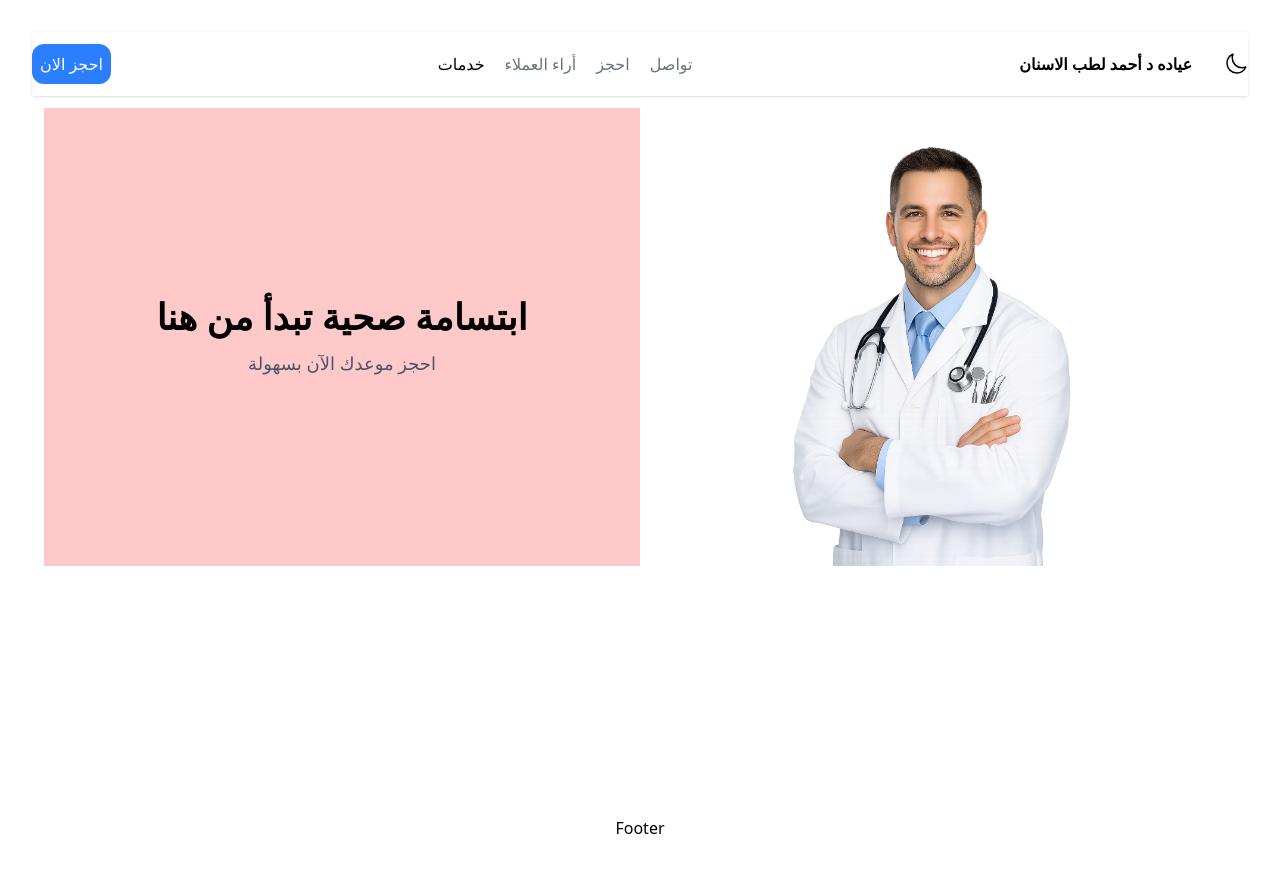
Repository: mohamedehab23-pro/clinic
Page: /
These files come from the project's save history. The page is drawn as it stood at one moment and after a run of saves; the edit follows.
The browser window is 1280 px wide. The pictures show the whole page.
The project was rebuilt for these pictures with package versions that can differ from the ones it lists, and the page was loaded fresh each time. Also part of the build but not shown: vite.config.js, src/Pages/AboutPage.jsx, src/Pages/ContactPage.jsx, src/Pages/NotFound.jsx, src/Components/Child.jsx, src/Components/Parent.jsx.

Above is the page before, as saved 2026-02-22 14:12:19.

After the next 2 saves:
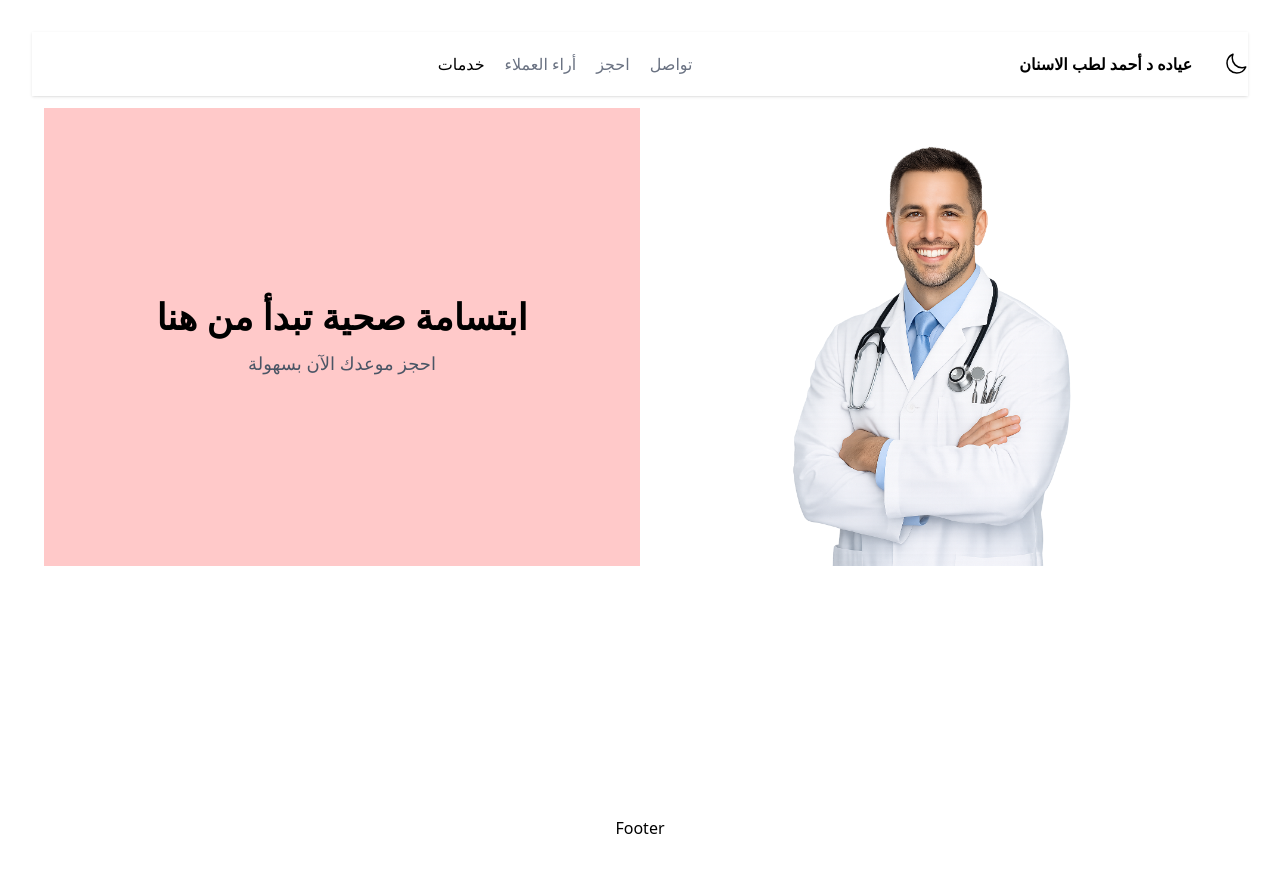
The 2 saves are shown as one change because they came seconds apart.
The last was saved 8 s later.
--- a/src/Components/Button.jsx
+++ b/src/Components/Button.jsx
@@ -4,7 +4,7 @@ import { Link } from 'react-router'
 export default function Button(bg) {
   return (
    <>
-   <button className={`p-2 rounded-xl bg-blue-500 text-white `}><Link to={'/'}>احجز الان</Link></button>
+   <button className={`p-2 rounded-xl ${bg} text-white `}><Link to={'/'}>احجز الان</Link></button>
    </>
   )
 }
